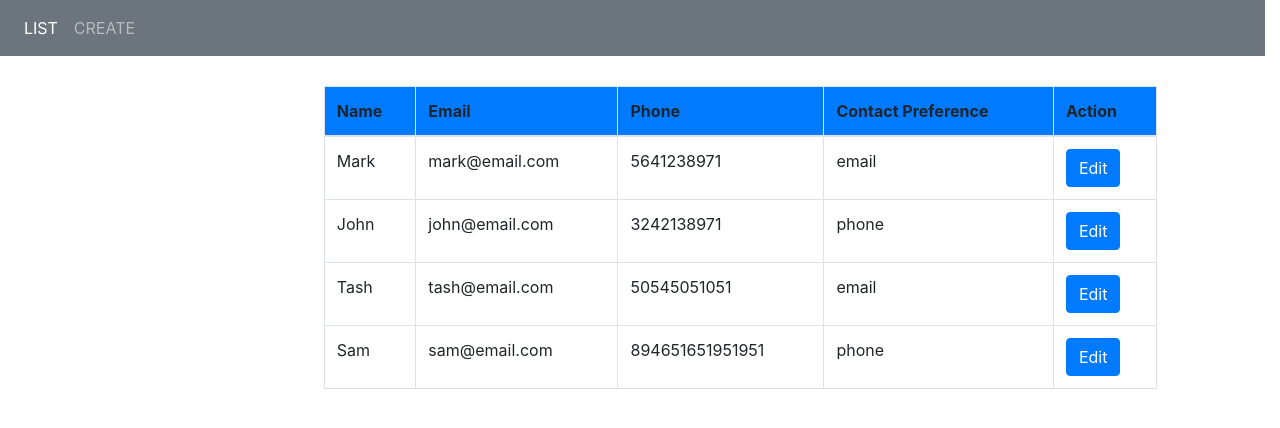
Repository: hanumanthnbalu/NG_FORMS
Page: /
An editor plug-in stored every save of this project. The page is shown before and after the next save, followed by the edit.
The browser window is 1280 px wide. The pictures show the whole page.
Some web libraries are served in a nearby version. The project was rebuilt for these pictures with package versions that can differ from the ones it lists, and the page was loaded fresh each time. Requests to the local data server were answered from the project's data file. Also part of the build but not shown: angular.json, src/app/not-found/not-found.component.ts, src/app/forms/create-employee/create-employeecomponent.ts.

Above is the page before, as saved 2019-09-25 22:10:14.

After the next save:
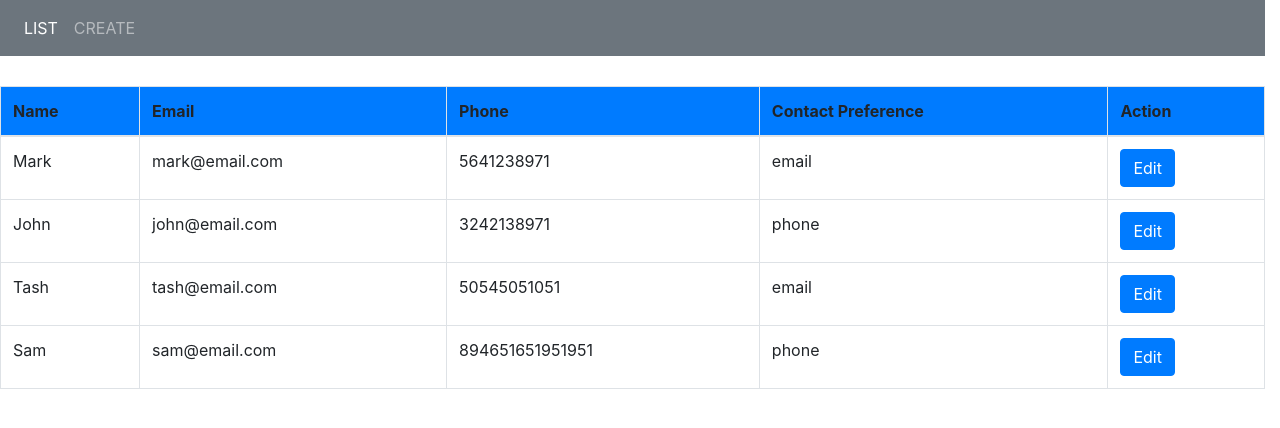
Saved 21 s later.
--- a/src/app/app.component.html
+++ b/src/app/app.component.html
@@ -1,9 +1,7 @@
 <div class="container-fluid" style="padding-left: 0px">
   <app-header></app-header>
   <div class="row">
-    <div class="col-md-3 col-xs-12">
-    </div>
-    <div class="col-md-8 col-xs-12 top-30">
+    <div class="col-md-12 col-xs-12 top-30">
       <router-outlet></router-outlet>
     </div>
   </div>
